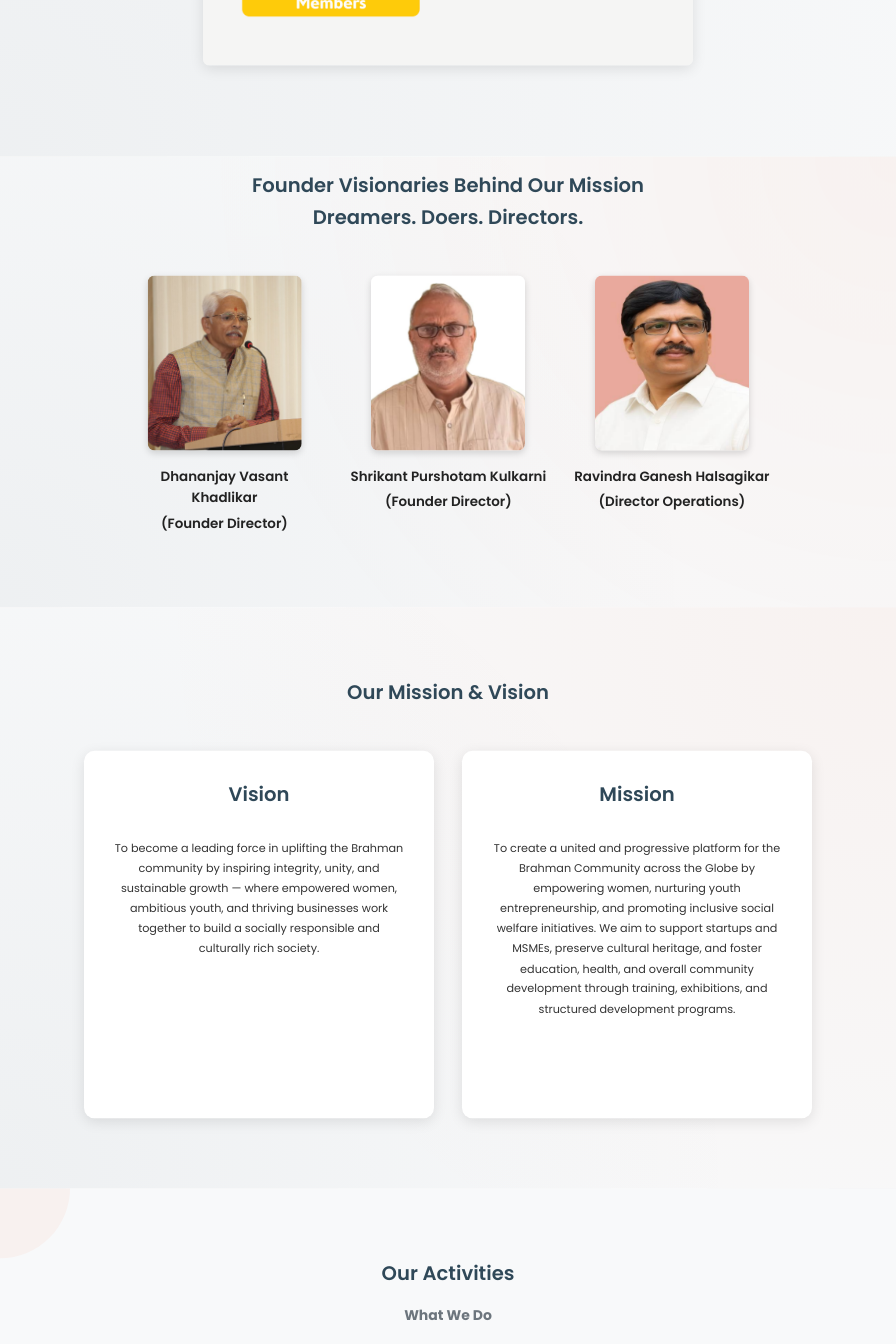
Repository: Snehaldahiphale/bbn-association
Page: index.html
These files come from the project's save history. The page is drawn as it stood at one moment and after the next save; the edit follows.
The browser window is 1280 px wide. The pictures show the part of the page from y = 2282 to 4202 px (the page is 9225 px tall before and 9950 px after), at 70% of full size.

Above is the page before, as saved 2026-03-12 11:16:55.

After the next save:
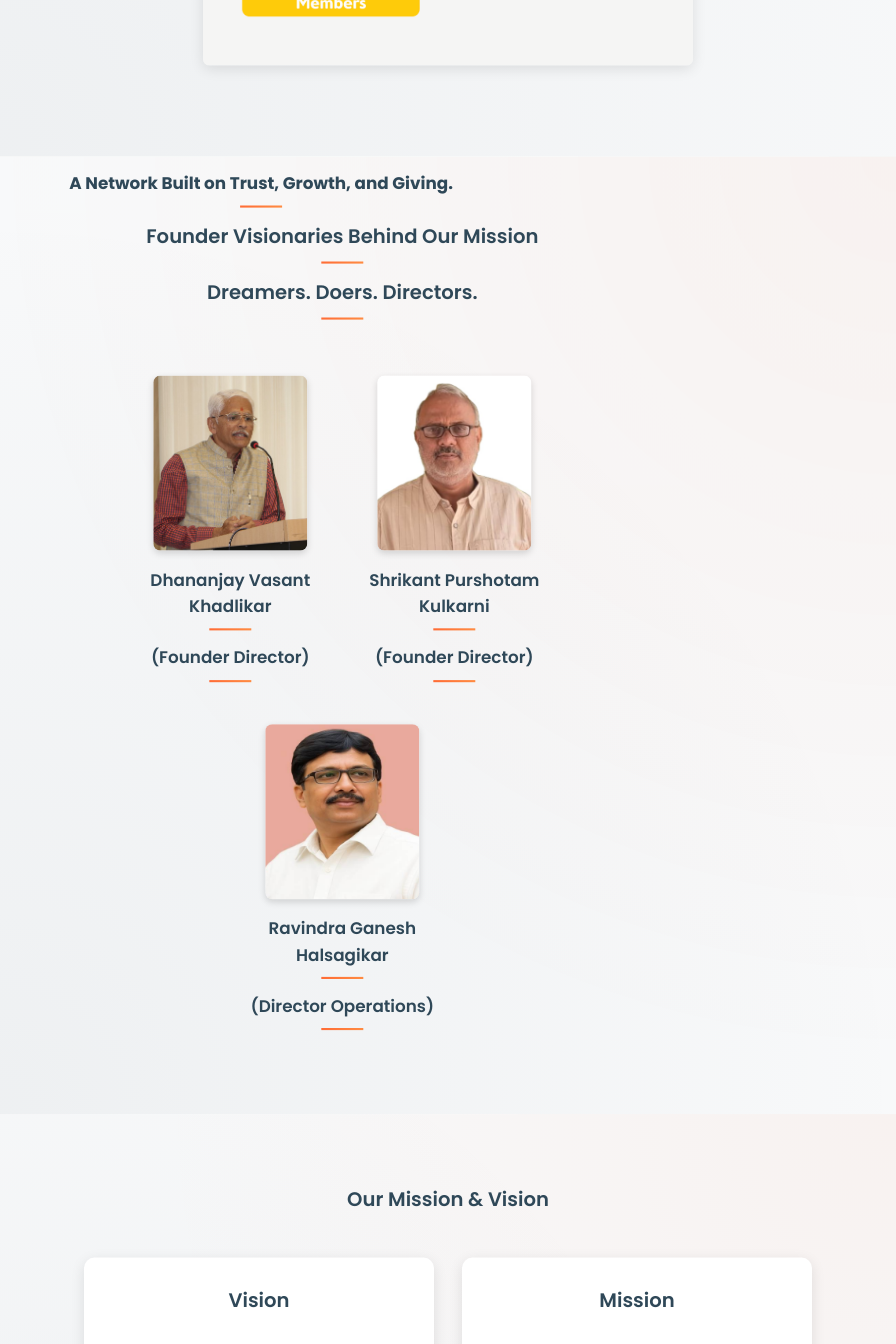
Saved 11 min 8 s later.
--- a/index.html
+++ b/index.html
@@ -93,8 +93,6 @@
         </div>
       </div>
       </div>
-
-
       </div>
     </section>
 
@@ -125,6 +123,9 @@
 
  <section id="founders" class="section bg-light">
   <div class="container">
+    <div class="about-text">
+        <ul>
+          <h4>A Network Built on Trust, Growth, and Giving.</h4>
     <div class="section-header">
       <h4>Founder Visionaries Behind Our Mission</h4>
 
